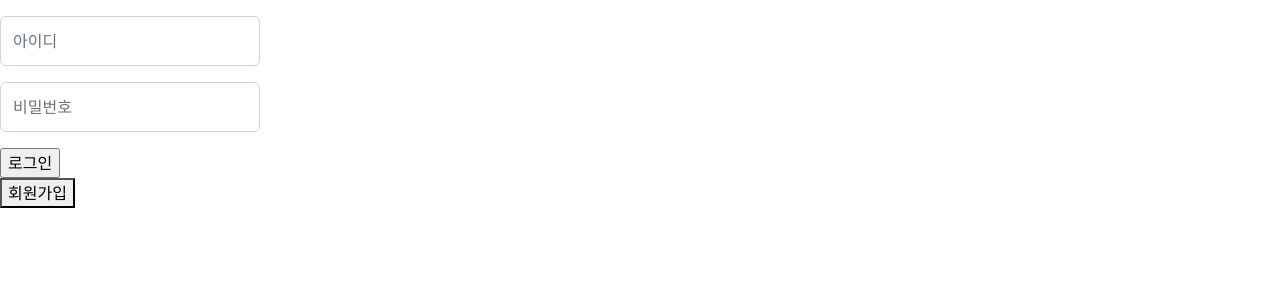
Repository: kokoko12334/myvocab-toy
Page: http://localhost/myVocabularyList/home.jsp
The author's editor kept a copy of each file at every save. The page is drawn from the files as they stood at one save, then again after the next save.
The browser window is 1280 px wide. The pictures show the whole page.
The page is served by Tomcat 9.

Above is the page before, as saved 2023-04-08 04:13:56.

After the next save:
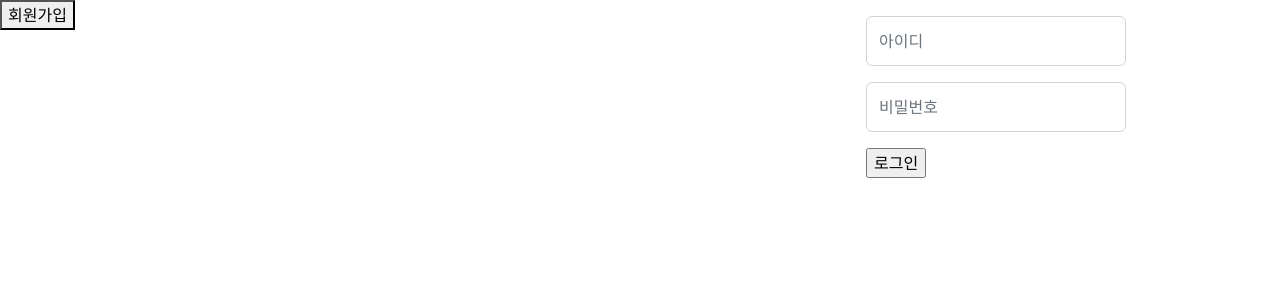
Saved 37 s later.
--- a/myVocabularyList/src/main/webapp/home.jsp
+++ b/myVocabularyList/src/main/webapp/home.jsp
@@ -14,7 +14,7 @@
 
 <body>
 
-	<div  style="float: center;width: 414px;" >
+	<div  style="float: right;width: 414px;" >
 
 		<form action = "/login" method = "post" >
 			<input class="form-control my-3" style = "height:50px; width: 260px;" type = "text" name = "id" placeholder = "아이디">
